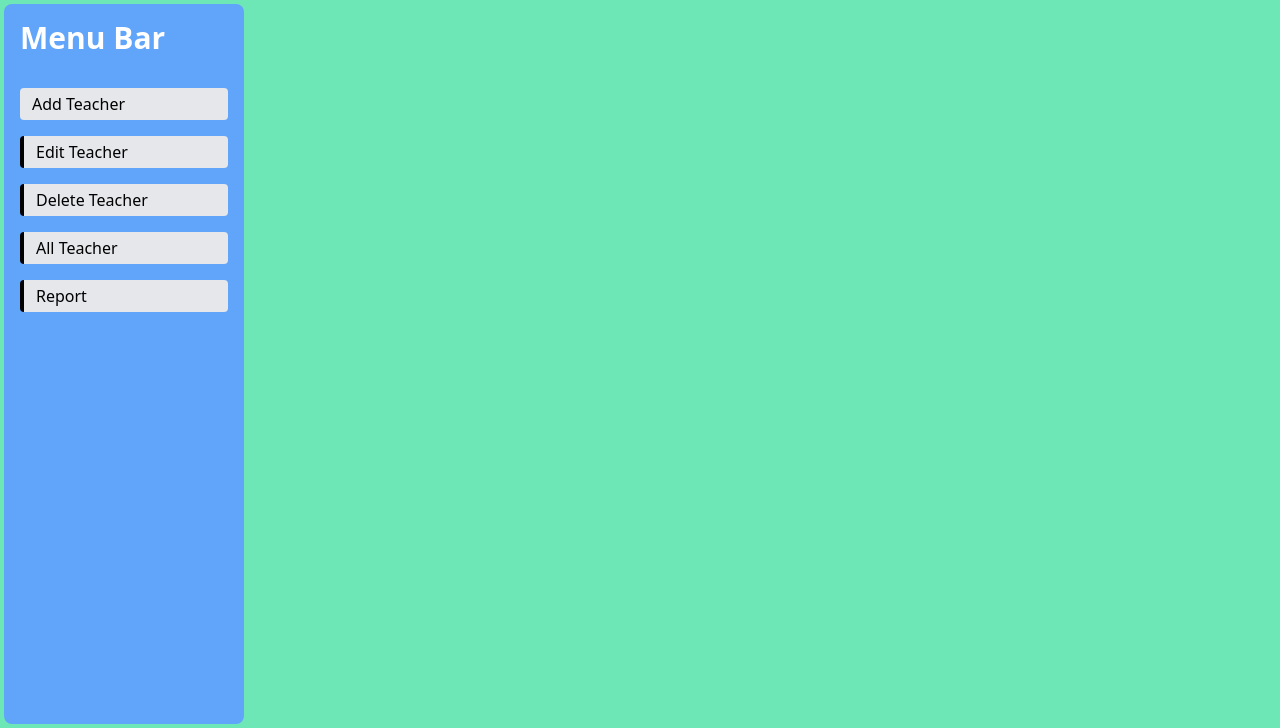
Repository: Haseeb467/Faculty-Online-data
Page: /SideBar
These files come from the project's save history. The page is drawn as it stood at one moment and after the next save; the edit follows.
The browser window is 1280 px wide. The pictures show the whole page.
The project was rebuilt for these pictures with package versions that can differ from the ones it lists, and the page was loaded fresh each time. Also part of the build but not shown: vite.config.ts, src/Admin/EditTeacher/EditTeacher.tsx, src/Pages/mainPage/MainPageItems.tsx, src/Components/Loader.css, src/Components/Hourglass.tsx, src/Components/NavBar.tsx, src/Components/AdminLayout.tsx, src/Admin/AddTeacher/AddTeacher.tsx and 15 more.

Above is the page before, as saved 2024-12-25 22:34:05.

### index.html
<!-- <!doctype html> -->
<html lang="en">
  <head>
    <meta charset="UTF-8" />
    <link rel="icon" type="svg+xml" href="/vite.svg" />
    <meta name="viewport" content="width=device-width, initial-scale=1.0" />
    <title>Vite + React + TS</title>
  </head>
  <body>
    <div id="root"></div>
    <script type="module" src="/src/main.tsx"></script>
  </body>
</html>

### src/main.tsx
// import { StrictMode } from 'react'
// import { createRoot } from 'react-dom/client'
import React from 'react'
import ReactDOM from 'react-dom/client'
import './index.css'
import App from './App.tsx'
import { BrowserRouter } from 'react-router-dom';
// import { BrowserRouter } from 'react-router-dom';

ReactDOM.createRoot(document.getElementById('root')!).render(
  <React.StrictMode>
    <BrowserRouter>
    <App />
    </BrowserRouter>
  </React.StrictMode>
);

### src/index.css
/* src/styles/Home.css */
@tailwind base;
@tailwind components;
@tailwind utilities;
*{
  padding: 0;
  margin: 0;
  box-sizing: border-box;
}

.home-page {
  display: flex;
  flex-direction: column;
  align-items: center;
  justify-content: center;
  height: 100vh;
  background-color: #f7f7f7;
}

.login-form {
  background: white;
  padding: 2rem;
  border-radius: 8px;
  box-shadow: 0 4px 12px rgba(0, 0, 0, 0.1);
}

.login-form Input{
  display: flex;
  padding: 10px;
  }
  .login-form-data-1{
    margin: 10px 0px;
  }
  .login-form-data-2{
    margin: 10px 0px;
  }

.role-selection {
  margin: 1rem 0;
  display: flex;
  gap: 1rem;
  /* padding: 20px; */
}
body::-webkit-scrollbar {
  display: none;  /* Hide scrollbar for Webkit browsers */
}

### src/App.tsx
import './App.css'
import { ToastContainer } from "react-toastify";
import 'react-toastify/dist/ReactToastify.css';
import EditTeacher from './Admin/EditTeacher/EditTeacher';
import MainPageItems from './Pages/mainPage/MainPageItems';
import AdminLayout from './Components/AdminLayout';
import AddTeacher from './Admin/AddTeacher/AddTeacher';
import { Routes, Route, Navigate, } from 'react-router-dom';
import LoginForm from './Components/LoginForm';
import MainPage from './Pages/mainPage/MainPage';
import EditTeacherByAdmin from './Admin/EditTeacher';
import SideBar from './Components/Sidebar';
import NavBar from './Components/NavBar';
import ProtectedRoute from './Components/ProtectedRoute';
import AllTeacherDataPanelByAdmin from './Admin/AllTeacherDataByAdmin/AllTeacherDataPanelByAdmin';
import DeleteTeacherByAdmin from './Admin/DeleteTeacher';
import AuthProvider from './Contexts/AuthContext';
import UserReport from './Components/userDataReport';
import TeacherNavbar from './Pages/mainPage/TeacherNavbar';
import TeacherEdit from './Teacher/TeacherEdit';

function App() {
  return (
    <div className='bg-emerald-300 p-1' >
      <ToastContainer />
      <AuthProvider >
        <Routes>
          {/* Login page */}
          <Route path="/" element={<LoginForm />} />

          {/* Admin Page Routes */}
          <Route path="/admin" element={<ProtectedRoute requiredRole='admin'>
            <AdminLayout children={undefined} />
          </ProtectedRoute>
          }>
            <Route index element={<Navigate to="add-teacher" replace />} />
            <Route path="add-teacher" element={<AddTeacher />} />
            <Route path="EditTeacherByAdmin" element={<EditTeacherByAdmin />} />
            <Route path="DeleteTeacherByAdmin" element={<DeleteTeacherByAdmin />} />
            <Route path="AllTeacherDataPanelByAdmin" element={<AllTeacherDataPanelByAdmin />} />
            <Route path="userReport" element={<UserReport />} />
          </Route>

          {/* Teacher Page Routes */}
          <Route path="/teacher" element={<ProtectedRoute requiredRole='teacher'>
            <MainPage />
          </ProtectedRoute>
          }>
            <Route path="teacher1" element={<MainPage />} />
          <Route path="TeacherNavbar" element={<TeacherNavbar />} />
          </Route>

          <Route path="TeacherEdit/:email" element={<TeacherEdit />} />
          <Route path="/EditTeacher/:teacherId" element={<EditTeacher />} />
          <Route path="MainPageItems" element={<MainPageItems />} />
          <Route path="NavBar" element={<NavBar />} />
          <Route path="SideBar" element={<SideBar />} />

        </Routes>
      </AuthProvider>
    </ div >
  )
}

export default App

### src/App.css
*{
  padding: 0;
  margin: 0;
  box-sizing: border-box;
}
.scroll-container::-webkit-scrollbar {
  display: none;  /* Hide scrollbar for Webkit browsers */
}

### src/Components/Sidebar.tsx
import { Link, NavLink, } from "react-router-dom"

const SideBar = () => {

    return (
        <div className="h-full rounded-lg bg-blue-400 w-60 text-white p-4">
            <div>
                <h1 className="font-bold text-3xl">
                    Menu Bar
                </h1>
            </div>

            <div className="link ">
                <nav className="mt-8">
                    <ul className="space-y-4">
                        <NavLink to="/admin/add-teacher"
                            className={({ isActive }) =>
                            ` ${isActive ? " bg-red-400 " : ""}`
                        }>
                        <li className="cursor-pointer py-1 px-3 border-1-4 border-black rounded bg-gray-200 text-black hover:bg-gray-100">

                                Add Teacher
                        </li>
                            </NavLink>

                        <li className="cursor-pointer py-1  px-3 rounded hover:text-black hover:bg-gray-100 $  text-black border-l-4 border-black bg-gray-200  ">
                            <Link to="EditTeacherByAdmin" className="w-full">Edit Teacher </Link>
                        </li>
                        <li className="cursor-pointer py-1  px-3 rounded hover:text-black hover:bg-gray-100 $  text-black border-l-4 border-black bg-gray-200  ">
                            <Link to="DeleteTeacherByAdmin"> Delete Teacher </Link>
                        </li>
                        <li className="cursor-pointer py-1  px-3 rounded hover:text-black hover:bg-gray-100 $  text-black border-l-4 border-black bg-gray-200  ">
                            <Link to="AllTeacherDataPanelByAdmin"> All Teacher </Link>
                        </li>
                        <li className="cursor-pointer py-1  px-3 rounded hover:text-black hover:bg-gray-100 $  text-black border-l-4 border-black bg-gray-200  ">
                            <Link to="userReport"> Report </Link>
                        </li>

                    </ul>
                </nav>
            </div>
        </div>
    )
}

export default SideBar

### src/Contexts/AuthContext.tsx
import { createContext, useContext, useState, useEffect, ReactNode, FC } from 'react';
import { getAuth, onAuthStateChanged, User } from 'firebase/auth';
import { app } from '../firebasedbconfig/dbconfig';

type AuthContextType = {
    currentUser: User | null,
    role: string | null,
    setRole: (role: string) => void;
    setUserRole: (role: string) => void;
};
export const AuthContext = createContext<AuthContextType>({
    currentUser: null,
    role: null,
    setRole: () => { },
    setUserRole: (role: string) => { role },
});

export const useAuth = () => useContext(AuthContext)

interface AuthProviderProps {
    children: ReactNode;
}

const AuthProvider: FC<AuthProviderProps> = ({ children }: { children: ReactNode }) => {
    const [role, setRole] = useState("Teacher");
    const [currentUser, setCurrentUser] = useState<User | null>(null);
    const auth = getAuth(app);

    useEffect(() => {
        const unSubscribe = onAuthStateChanged(auth, (user) => {
            setCurrentUser(user);
        })
        return unSubscribe;
    }, [auth])

    const value = {
        currentUser,
        role,
        setRole,
        setUserRole: (role: string) => { setRole(role); },
    };

    return (
        <AuthContext.Provider value={value}>
            {children}
        </AuthContext.Provider>
    );
};
export default AuthProvider;

### src/firebasedbconfig/dbconfig.ts
import { initializeApp } from "firebase/app";
import { getFirestore } from "firebase/firestore";
import { getStorage } from "firebase/storage";
import { getAuth } from "firebase/auth";

const firebaseConfig = {
  apiKey: "AIzaSyD7sC13osQQuH8FW6NbAOxiqcHPACF2Vng",
  authDomain: "fms-4-ts.firebaseapp.com",
  databaseURL: "https://fms-4-ts-default-rtdb.firebaseio.com",
  projectId: "fms-4-ts",
  storageBucket: "fms-4-ts.firebasestorage.app",
  messagingSenderId: "776841904816",
  appId: "1:776841904816:web:9f7a8edcb1471ac64eb175",
  measurementId: "G-92RN4N49NX"
};
// Initialize Firebase
const app = initializeApp(firebaseConfig);
// const analytics = getAnalytics(app);
const txtDB = getFirestore(app);
const storage = getStorage(app);
const db = getFirestore(app);
const auth = getAuth(app);
export { txtDB, storage, db, auth, app, getFirestore };

### tailwind.config.js
/** @type {import('tailwindcss').Config} */
export default {
    darkMode: ["class"],
    content: ["./index.html", "./src/**/*.{ts,tsx,js,jsx}"],
  theme: {
  	extend: {
  		// colors: {
  		// 	sidebar: {
  		// 		DEFAULT: 'hsl(var(--sidebar-background))',
  		// 		foreground: 'hsl(var(--sidebar-foreground))',
  		// 		primary: 'hsl(var(--sidebar-primary))',
  		// 		'primary-foreground': 'hsl(var(--sidebar-primary-foreground))',
  		// 		accent: 'hsl(var(--sidebar-accent))',
  		// 		'accent-foreground': 'hsl(var(--sidebar-accent-foreground))',
  		// 		border: 'hsl(var(--sidebar-border))',
  		// 		ring: 'hsl(var(--sidebar-ring))'
  		// 	}
  		// }
  	}
  },
  plugins: [],
}

// /** @type {import('tailwindcss').Config} */
// export default {
//   darkMode: ["class"],
//   content: ["./index.html", "./src/**/*.{ts,tsx,js,jsx}"],
//   theme: {
//     extend: {
//       keyframes: {
//         "hourglass-rotate": {
//           "0%": { transform: "rotateX(0deg)" },
//           "50%": { transform: "rotateX(180deg)" },
//           "100%": { transform: "rotateX(180deg)" },
//         },
//         "hourglass-hide": {
//           "0%": { opacity: "1" },
//           "25%": { opacity: "0" },
//           "30%": { opacity: "0" },
//           "40%": { opacity: "1" },
//           "100%": { opacity: "1" },
//         },
//         "sand-stream": {
//           "0%": { height: "0px", top: "35px" },
//           "50%": { height: "35px", top: "8px" },
//           "100%": { height: "0px", top: "8px" },
//         },
//         "sand-fillup": {
//           "0%": { opacity: "0", height: "0" },
//           "60%": { opacity: "1", height: "0" },
//           "100%": { opacity: "1", height: "17px" },
//         },
//         "sand-deplete": {
//           "0%": { opacity: "0", height: "17px" },
//           "100%": { opacity: "1", height: "0px" },
//         },
//       },
//       animation: {
//         "hourglass-rotate": "hourglass-rotate 2s ease-in infinite",
//         "hourglass-hide": "hourglass-hide 2s ease-in infinite",
//         "sand-stream": "sand-stream 2s ease-in infinite",
//         "sand-fillup": "sand-fillup 2s ease-in infinite",
//         "sand-deplete": "sand-deplete 2s ease-in infinite",
//       },
//     },
//   },
//   plugins: [],
// };

After the next save:
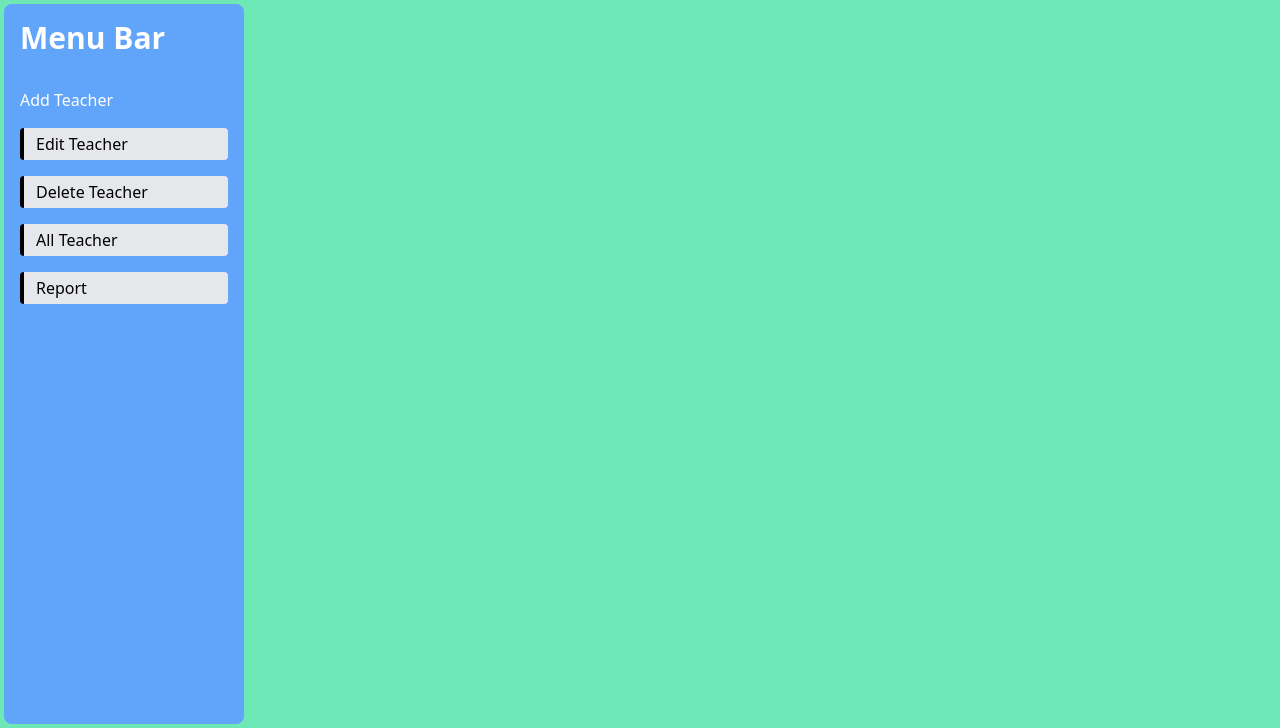
Saved 52 s later.
--- a/src/Components/Sidebar.tsx
+++ b/src/Components/Sidebar.tsx
@@ -17,7 +17,7 @@ const SideBar = () => {
                             className={({ isActive }) =>
                             ` ${isActive ? " bg-red-400 " : ""}`
                         }>
-                        <li className="cursor-pointer py-1 px-3 border-1-4 border-black rounded bg-gray-200 text-black hover:bg-gray-100">
+                        <li className="">
 
                                 Add Teacher
                         </li>
